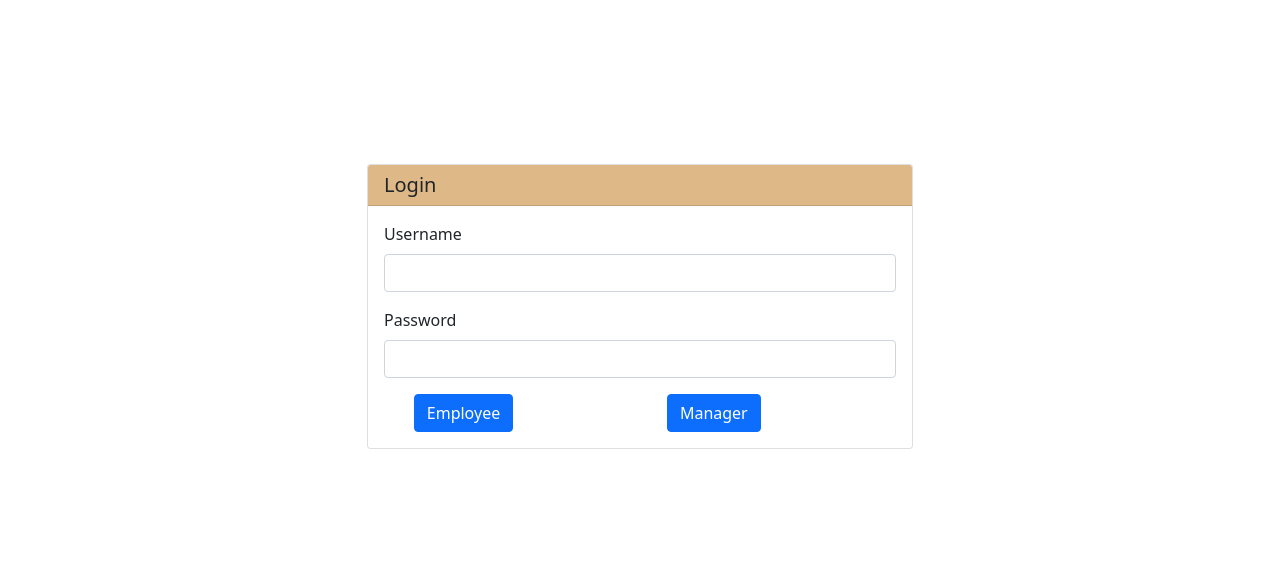
Repository: mavn2/ERS
Page: http://localhost/ExpenseReimbursementSystem/
An editor plug-in stored every save of this project. The page is shown before and after the next save, followed by the edit.
The browser window is 1280 px wide. The pictures show the whole page.
The page is served by Tomcat 9. Other server files are loaded and not shown.

Above is the page before, as saved 2021-04-02 11:40:38.

### APP/ExpenseReimbursementSystem/src/main/webapp/index.html
<!DOCTYPE html>
<html>
  <head>
    <meta charset="UTF-8" />
    <title>Welcome</title>
    <link
      href="https://cdn.jsdelivr.net/npm/bootstrap@5.0.0-beta3/dist/css/bootstrap.min.css"
      rel="stylesheet"
      integrity="sha384-eOJMYsd53ii+scO/bJGFsiCZc+5NDVN2yr8+0RDqr0Ql0h+rP48ckxlpbzKgwra6"
      crossorigin="anonymous"
    />
    <link href="style/style.css" rel="stylesheet">
  </head>
  <body>
    <div class="container">
      <div class="row align-items-center justify-content-center">
        <div class="col-6">
          <div class="card" id="loginForm">
            <h5 class="card-header" style="background-color: burlywood;">Login</h5>
            <div class="card-body">
              <form action="login" method="post">
                <div class="mb-3">
                  <label class="form-label" for="username">Username</label>
                  <input class="form-control" type="text" name="username" />
                </div>
                <div class="mb-3">
                  <label class="form-label" for="password">Password</label>
                  <input class="form-control" type="password" name="password" />
                </div>
                <div class="row justify-content-evenly">
                  <div class="col-5 align-items-center">
                    <button
                      type="submit"
                      class="btn btn-primary"
                      name="type"
                      value="e"
                    >
                      Employee
                    </button>
                  </div>
                  <div class="col-5 align-items-center">
                    <button
                      type="submit"
                      class="btn btn-primary"
                      name="type"
                      value="m"
                    >
                      Manager
                    </button>
                  </div>
                </div>
              </form>
            </div>
          </div>
        </div>
      </div>
    </div>
		<script src="https://cdn.jsdelivr.net/npm/bootstrap@5.0.0-beta3/dist/js/bootstrap.bundle.min.js" integrity="sha384-JEW9xMcG8R+pH31jmWH6WWP0WintQrMb4s7ZOdauHnUtxwoG2vI5DkLtS3qm9Ekf" crossorigin="anonymous"></script>
    <script
  src="https://code.jquery.com/jquery-3.6.0.js"
  integrity="sha256-H+K7U5CnXl1h5ywQfKtSj8PCmoN9aaq30gDh27Xc0jk="
  crossorigin="anonymous"></script>
  </body>
</html>

### APP/ExpenseReimbursementSystem/src/main/webapp/style/style.css
#userInfo {
	border-right-style: solid;
	border-right-width: 1px;
	border-right-color: black;
}

#userInfo .row {
	border-bottom: 1px solid black;
	padding-top: 1px;
}

#loginForm {
	margin-top: 30%;
}

After the next save:
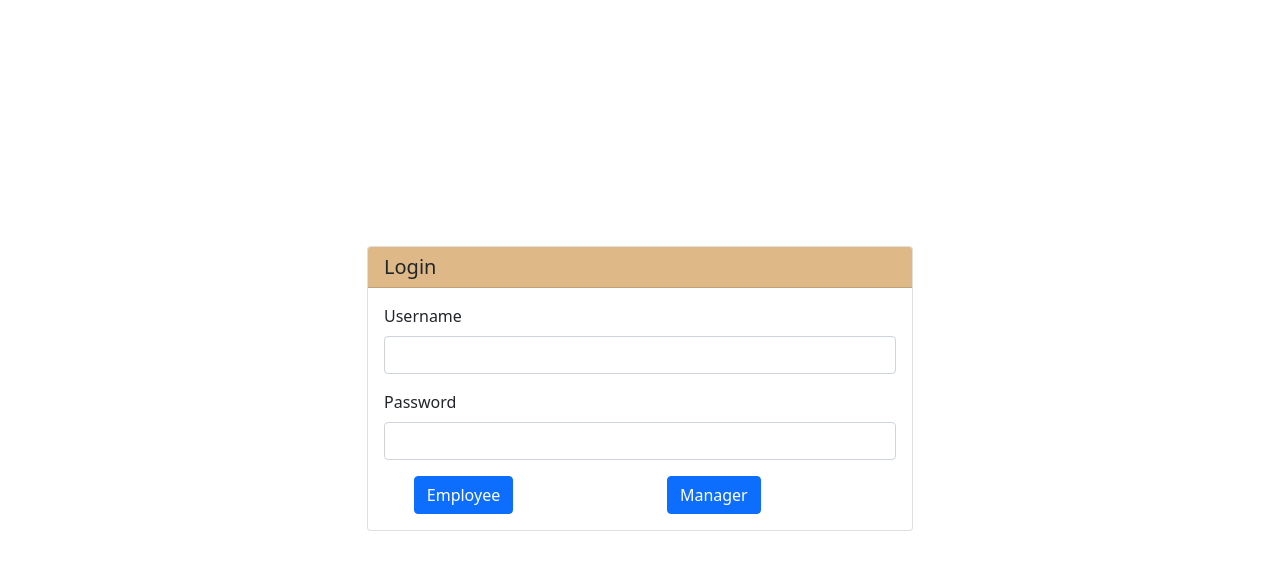
Saved 19 s later.
--- a/APP/ExpenseReimbursementSystem/src/main/webapp/style/style.css
+++ b/APP/ExpenseReimbursementSystem/src/main/webapp/style/style.css
@@ -10,5 +10,5 @@
 }
 
 #loginForm {
-	margin-top: 30%;
+	margin-top: 45%;
 }
